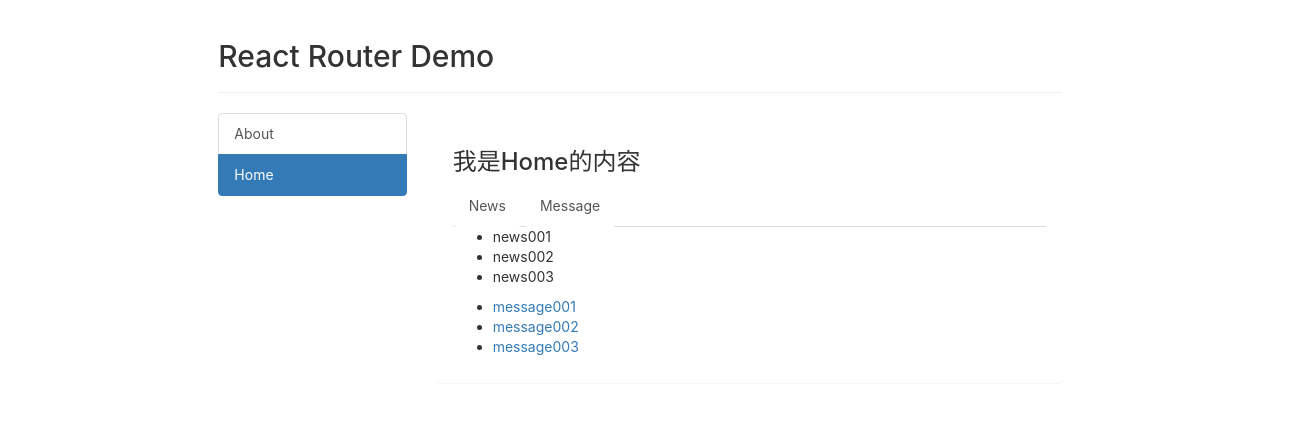
Repository: Shanshan67/React_a
Page: /home
These files come from the project's save history. The page is drawn as it stood at one moment and after the next save; the edit follows.
The browser window is 1280 px wide. The page is 1295 px wide, so the pictures cover 1295 px, including what lies to the right of the window. The pictures show the whole page.
The project was rebuilt for these pictures with package versions that can differ from the ones it lists, and the page was loaded fresh each time. Imported but missing from the stored project, and not drawn on this page: src/pages/About.

Above is the page before, as saved 2022-12-07 21:08:41.

After the next save:
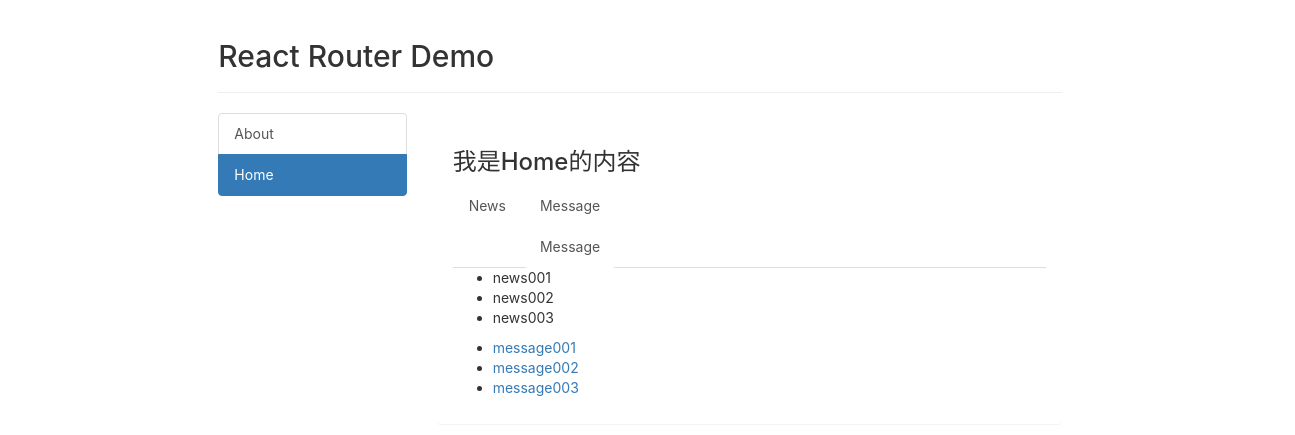
Saved 2 min 15 s later.
--- a/src/pages/Home/index.jsx
+++ b/src/pages/Home/index.jsx
@@ -11,10 +11,11 @@ export default class Home extends Component {
             <div>
             <ul className="nav nav-tabs">
             <li>
-                <a className="list-group-item" href="./home-news.html">News</a>
+                <NavLink className="list-group-item" to="/news">News</NavLink>
             </li>
             <li>
                 <a className="list-group-item" href="./home-message.html">Message</a>
+                <NavLink className="list-group-item" to="/message">Message</NavLink>
             </li>
             </ul>
                 <News/>
